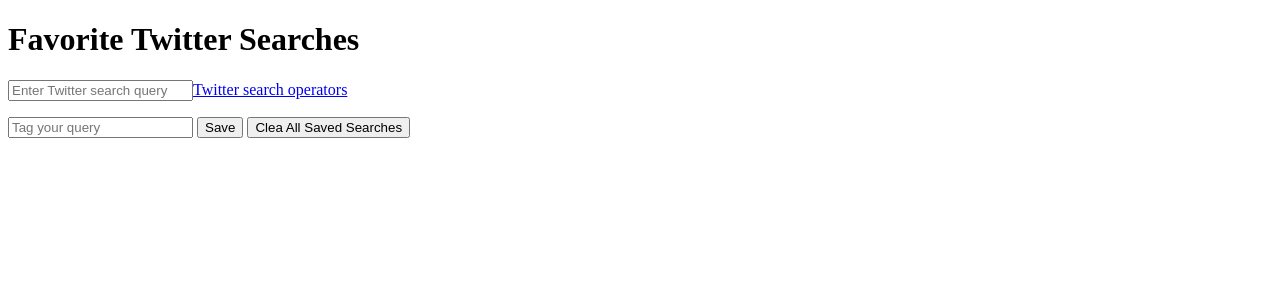
Repository: mlmEFSC21/P19-Favorite-Twitter-Searches
Page: twitterSearches.html
The author's editor kept a copy of each file at every save. The page is drawn from the files as they stood at one save, then again after the next save.
The browser window is 1280 px wide. The pictures show the whole page.

Above is the page before, as saved 2022-04-06 15:11:28.

### twitterSearches.html
<!DOCTYPE html>

<!-- Fig. 11.17: FavoriteTwitterSearches.html -->
<!-- Favorite Twitter Searches web application. -->
<html lang="en">
    <head>
        <meta charset="UTF-8" />
        <meta http-equiv="X-UA-Compatible" content="IE=edge" />
        <meta name="viewport" content="width=device-width, initial-scale=1.0" />
        <link rel="stylesheet" href="twitterSearches.css" />
        <script defer src="twitterSearches.js"></script>
        <title>Twitter Searches</title>
    </head>
    <body>
        <h1>Favorite Twitter Searches</h1>
        <p id="welcomeMessage"></p>
        <form action="#">
            <p>
                <input type="text" name="" id="query" placeholder="Enter Twitter search query" /><a
                    href="https://dev.twitter.com/docs/using-search"
                    >Twitter search operators</a
                >
            </p>
            <p>
                <input type="text" name="" id="tag" placeholder="Tag your query" />
                <input type="button" value="Save" id="saveButton" />
                <input type="button" value="Clea All Saved Searches" id="clearButton" />
            </p>
        </form>
    </body>
</html>

Loaded but not shown: twitterSearches.css (no stored copy; drawn as an empty file); twitterSearches.js (no stored copy; drawn as an empty file)

After the next save:
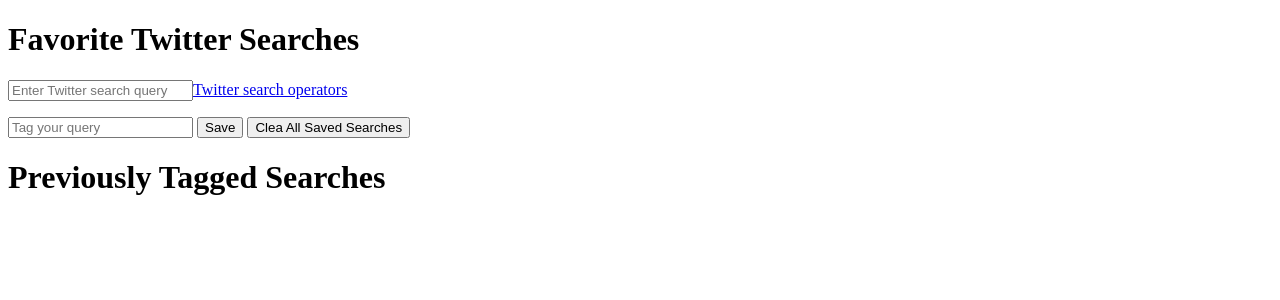
Saved 44 s later.
--- a/twitterSearches.html
+++ b/twitterSearches.html
@@ -27,5 +27,7 @@
                 <input type="button" value="Clea All Saved Searches" id="clearButton" />
             </p>
         </form>
+        <h1>Previously Tagged Searches</h1>
+        <div id="searches"></div>
     </body>
 </html>
